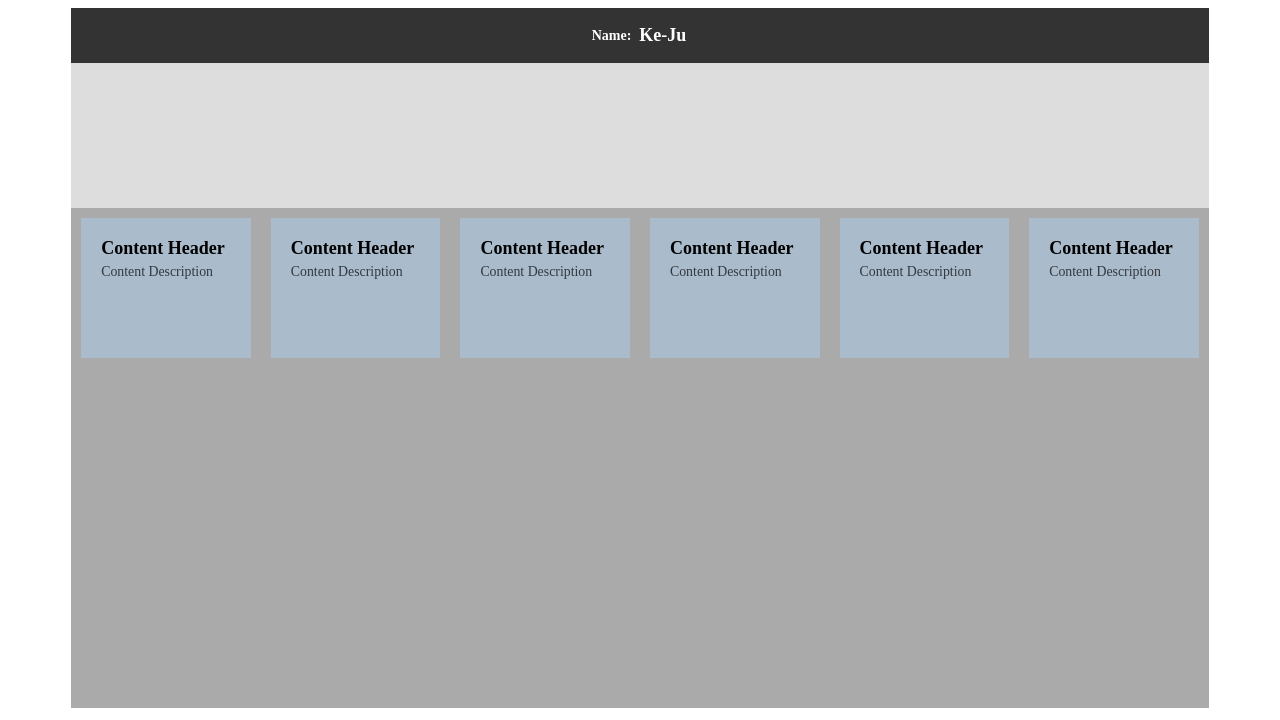
Repository: kerudai/mdiat3126nextapp
Page: /
These files come from the project's save history. The page is drawn as it stood at one moment and after the next save; the edit follows.
The browser window is 1280 px wide. The pictures show the whole page.
The project was rebuilt for these pictures with package versions that can differ from the ones it lists, and the page was loaded fresh each time. The framework's server and built-in components were replaced by stand-ins that run in the browser.

Above is the page before, as saved 2020-09-29 16:52:33.

### pages/_app.js
import './app.scss';

function MyApp({ Component, pageProps }) {
  return <Component {...pageProps} />
}

export default MyApp

### pages/index.js
import Header from '../comps/Header';

export default function Home() {
  return (
    <div className="main">
      <div className="header">
        <Header />
      </div>
      <div className="contents">
        <div>
          <div>Content Header</div>
          <div>Content Description</div>
        </div>
        <div>
          <div>Content Header</div>
          <div>Content Description</div>
        </div>
        <div>
          <div>Content Header</div>
          <div>Content Description</div>
        </div>
        <div>
          <div>Content Header</div>
          <div>Content Description</div>
        </div>
        <div>
          <div>Content Header</div>
          <div>Content Description</div>
        </div>
        <div>
          <div>Content Header</div>
          <div>Content Description</div>
        </div>
      </div>
    </div>
  )
}

### pages/app.scss
$fs:18px;

@mixin flexIt {
    display:flex;
    align-items: center;
    justify-content: center;
}

@import './index.scss';

### comps/Header/index.js
import React from 'react';
import styled, {css} from 'styled-components';

const HeadTitle = styled.h1`
    font-size: 18px;
    color: ${props=>props.color ? props.color : "#FFF"};
    padding: 5px;
    ${props=>props.highlight === true && css`
    background-color: #F5A;
    margin: 10px;
    `}
`;

const SubHeadTitle = styled(HeadTitle)`
    font-size: 14px;
    padding: 3px;
`;

const HeadBox = styled.div`
    background-color: #333;
    display: flex;
    align-items: center;
    justify-content: center;
`;

const Header = ({color, highlight}) => {
    return <HeadBox>
        <SubHeadTitle color={color}>Name: </SubHeadTitle>
        <HeadTitle highlight={highlight}>Ke-Ju</HeadTitle>
    </HeadBox>;
}

Header.defaultProps = {
    color: null,
    highlight: null
};

export default Header;

### pages/index.scss
.main {
    width: 90%;
    margin: auto;

    .header {
        min-height: 200px;
        background-color: #DDD;
    }

    .contents {
        min-height: 500px;
        display: flex;
        background-color: #AAA;
        flex-wrap: wrap;

        & > div {
            background-color: #ABC;
            flex: 1 0 100px;
            height: 100px;
            margin: 10px;
            padding: 20px;

            & > div:first-child {
                //header
                font-size: $fs;
                font-weight: bold;
                margin-bottom: 5px;
            }

            & > div:nth-child(2) {
                font-size: $fs/1.3;
                color: rgba(0,0,0,0.7);
            }
        }

    }
}

After the next save:
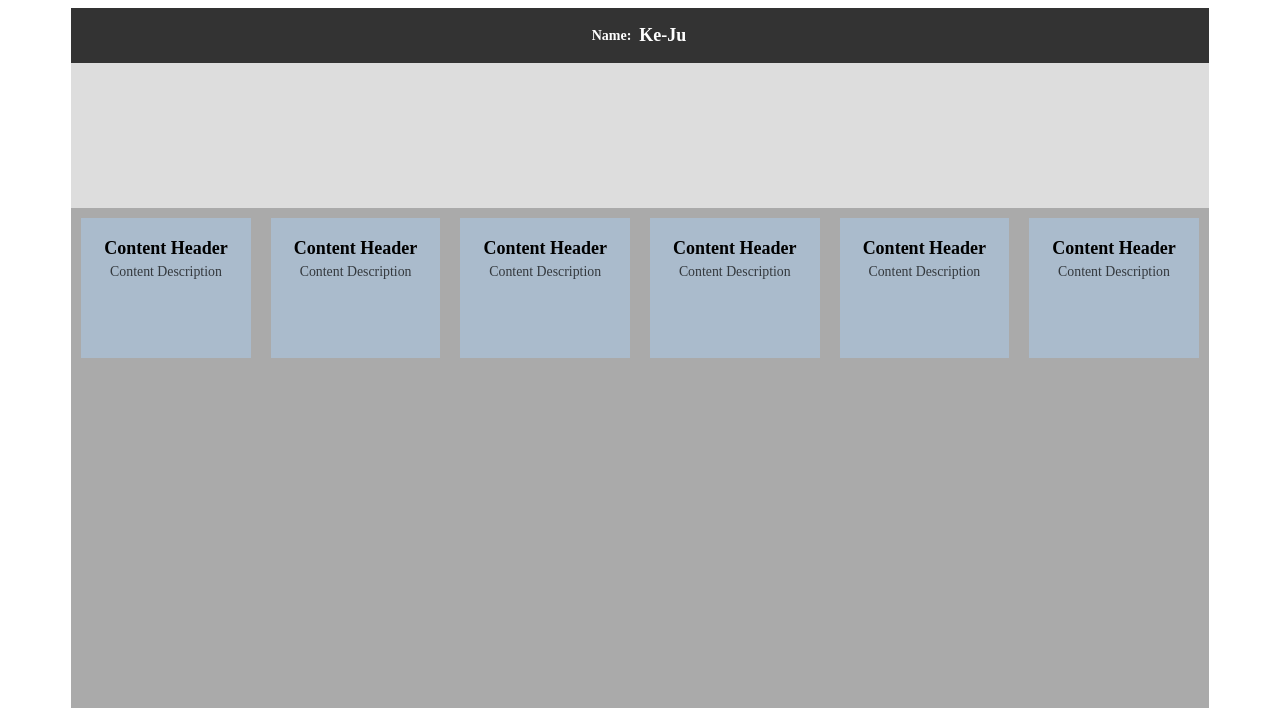
Saved 46 s later.
--- a/pages/index.scss
+++ b/pages/index.scss
@@ -25,11 +25,13 @@
                 font-size: $fs;
                 font-weight: bold;
                 margin-bottom: 5px;
+                @include flexIt();
             }
 
             & > div:nth-child(2) {
                 font-size: $fs/1.3;
                 color: rgba(0,0,0,0.7);
+                @include flexIt();
             }
         }
 
